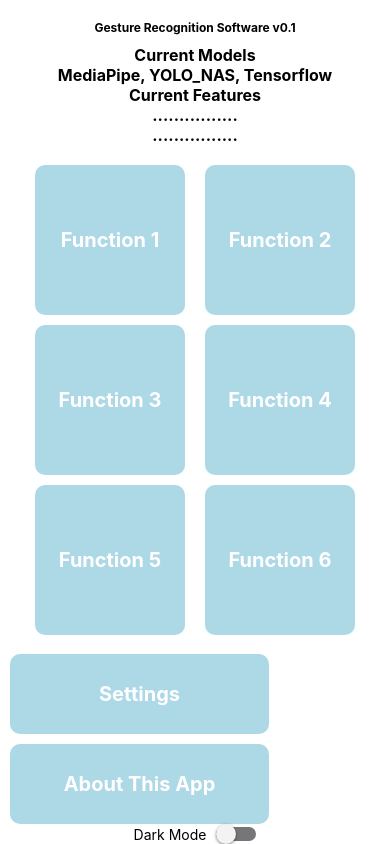
Repository: hajin-park/V-QUIP
Page: / (app in frontend/react-native-app/)
These files come from the project's save history. The page is drawn as it stood at one moment and after the next save; the edit follows.
The browser window is 390 px wide. The pictures show the whole page.
The app was drawn by React Native's web renderer in a window 390 px wide. The project was rebuilt for these pictures with package versions that can differ from the ones it lists, and the page was loaded fresh each time.

Above is the page before, as saved 2024-04-08 00:01:50.

After the next save:
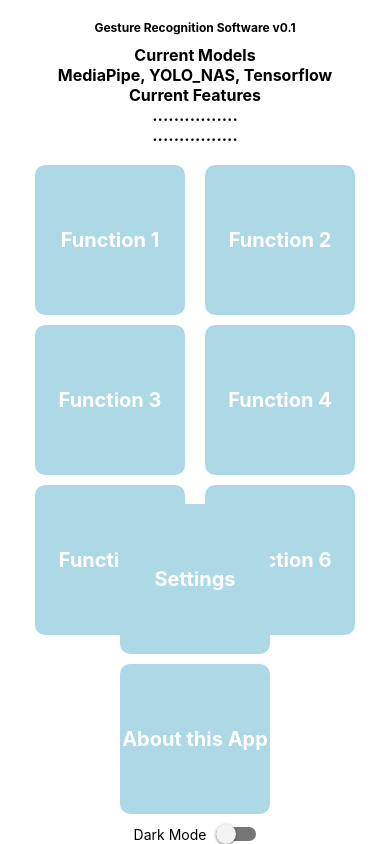
Saved 100 s later.
--- a/frontend/react-native-app/App.js
+++ b/frontend/react-native-app/App.js
@@ -47,16 +47,16 @@ export default function App() {
         </View>
       </View>
       {/* Settings and About This App boxes */}
-      <View style={styles.horizontalContainer}>
-        <TouchableOpacity style={[styles.horizontalBox, darkMode && styles.darkBox]} onPress={() => handleOptionClick('Settings')}>
-          <Text style={[styles.text, darkMode && styles.darkText]}>Settings</Text>
-        </TouchableOpacity>
-      </View>
-      <View>
-          <TouchableOpacity style={[styles.horizontalBox, darkMode && styles.darkBox]} onPress={() => handleOptionClick('About')}>
-          <Text style={[styles.text, darkMode && styles.darkText]}>About This App</Text>
+      <View style={styles.row}>
+          <TouchableOpacity style={[styles.box, darkMode && styles.darkBox]} onPress={() => handleOptionClick(5)}>
+            <Text style={[styles.text, darkMode && styles.darkText]}>Settings</Text>
           </TouchableOpacity>
       </View>
+      <View style={styles.row}>
+          <TouchableOpacity style={[styles.box, darkMode && styles.darkBox]} onPress={() => handleOptionClick(6)}>
+            <Text style={[styles.text, darkMode && styles.darkText]}>About this App</Text>
+          </TouchableOpacity>
+        </View>
       <View style={styles.darkModeSwitchContainer}>
         <Text style={[styles.darkModeText, darkMode && styles.darkText]}>Dark Mode</Text>
         <Switch
